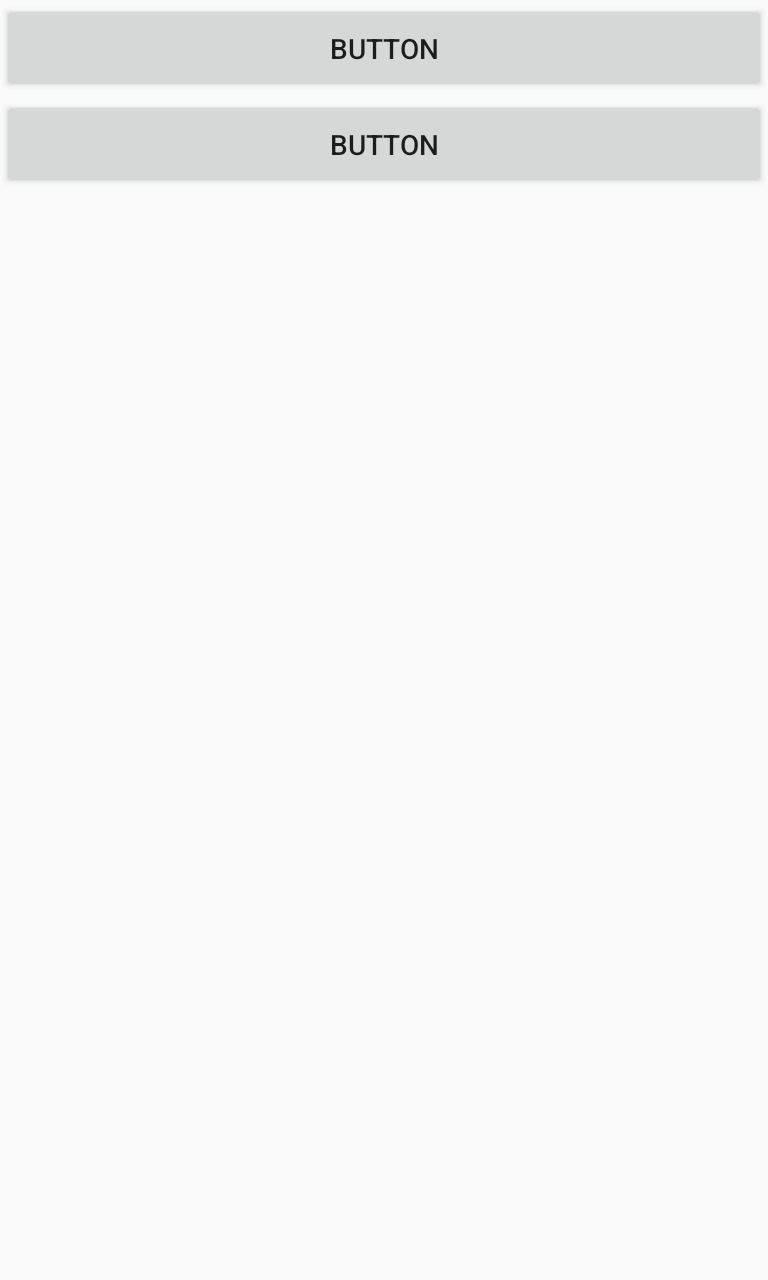
Repository: testGitHubTeam/study_Android
Layout: 63IntentResultDemo/res/layout/activity_two.xml
These files come from the project's save history. The layout is drawn as it stood at one moment and after the next save; the edit follows.
It is drawn on a 768 x 1280 px phone screen (xhdpi) without system bars, with theme AppTheme; the app's code is not run.

Above is the layout before, as saved 2014-04-28 02:10:35.

After the next save:
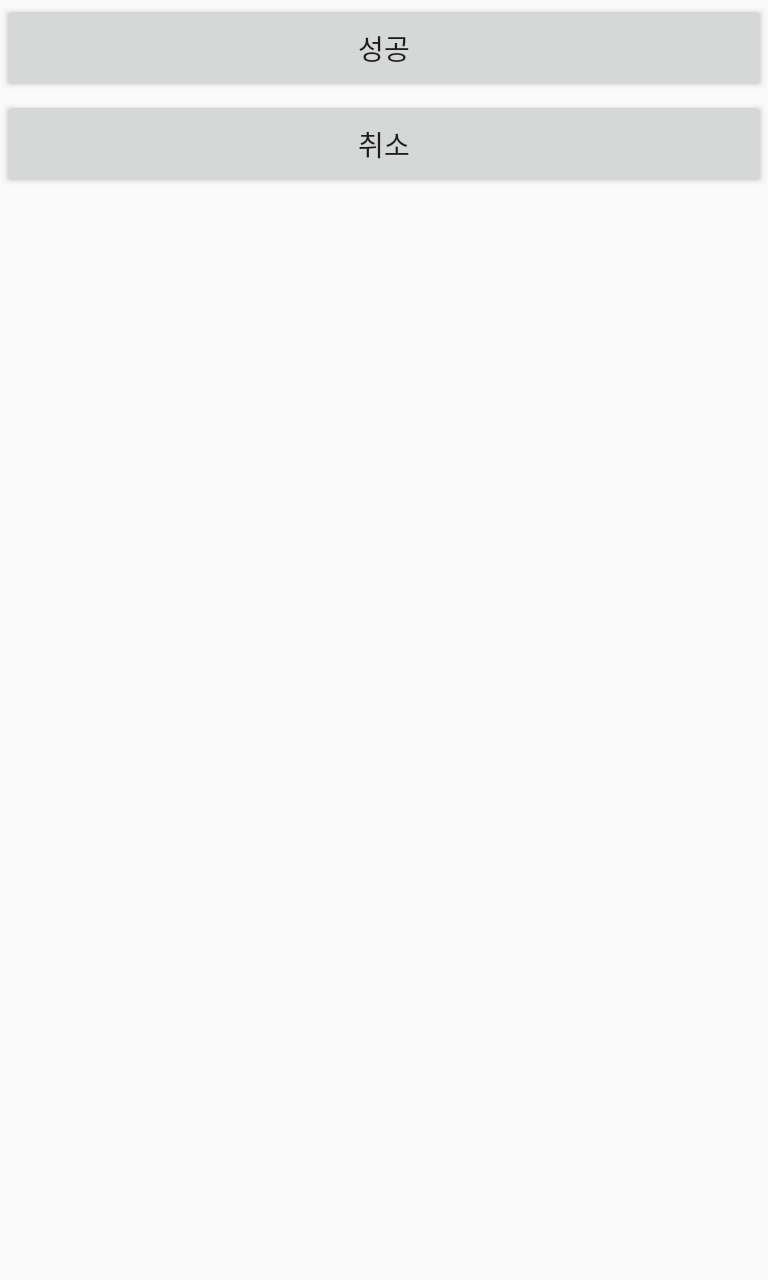
Saved 7 s later.
--- a/63IntentResultDemo/res/layout/activity_two.xml
+++ b/63IntentResultDemo/res/layout/activity_two.xml
@@ -8,12 +8,12 @@
         android:id="@+id/btnOK"
         android:layout_width="match_parent"
         android:layout_height="wrap_content"
-        android:text="Button" />
+        android:text="성공" />
 
     <Button
         android:id="@+id/btnCancel"
         android:layout_width="match_parent"
         android:layout_height="wrap_content"
-        android:text="Button" />
+        android:text="취소" />
 
 </LinearLayout>
